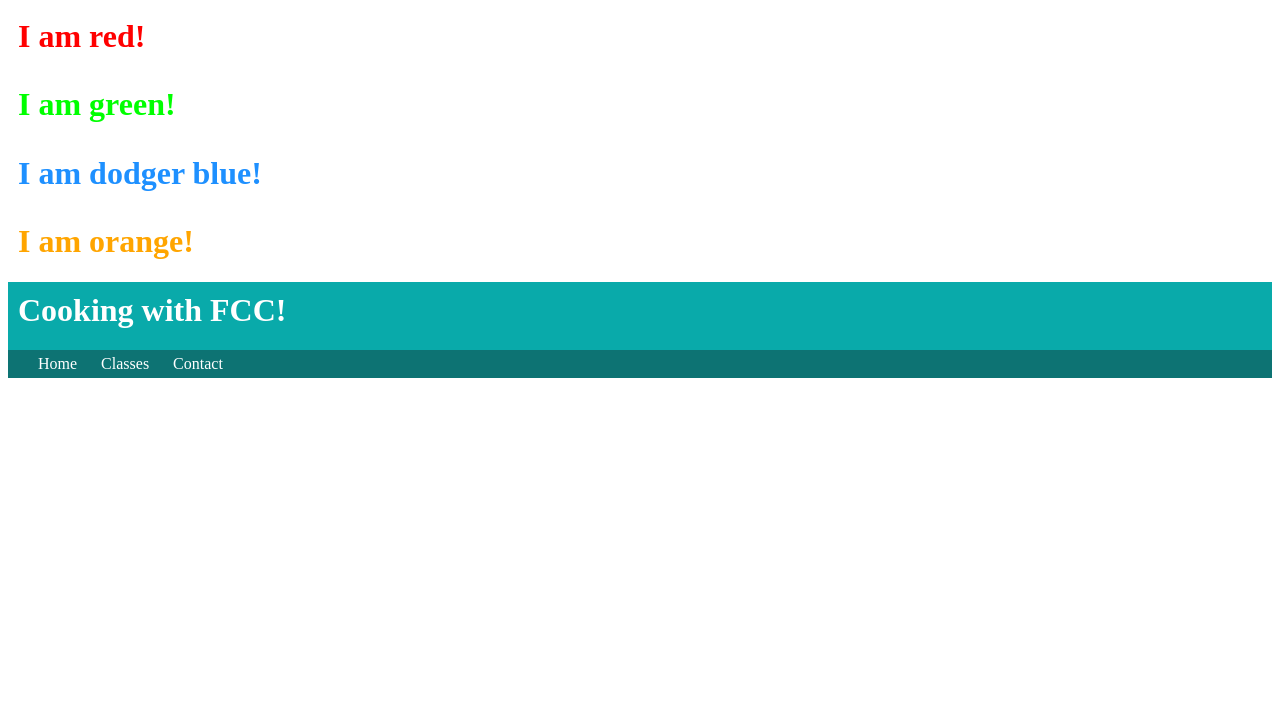
Repository: betsya97/freeCodeCamp_WebBasics
Page: html/colors.html
The author's editor kept a copy of each file at every save. The page is drawn from the files as they stood at one save, then again after a run of saves.
The browser window is 1280 px wide. The pictures show the whole page.

Above is the page before, as saved 2021-03-07 23:15:04.

After the next 2 saves:
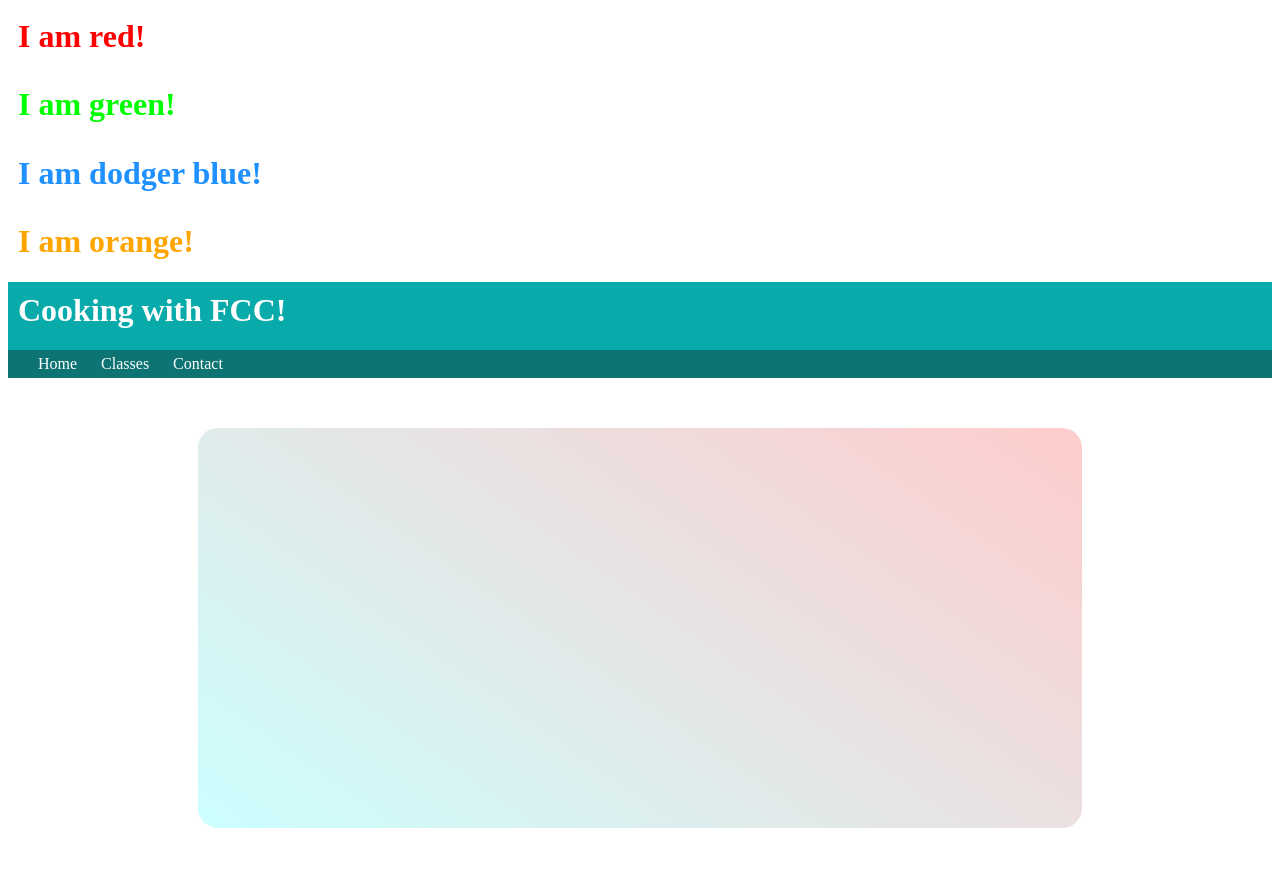
The 2 saves are shown as one change because they came seconds apart.
The last was saved 7 s later.
--- a/html/colors.html
+++ b/html/colors.html
@@ -66,4 +66,16 @@
     </nav>
   </header>
 
-<!---->
+<!--gradient-->
+<style>
+  div {
+    border-radius: 20px;
+    width: 70%;
+    height: 400px;
+    margin: 50px auto;
+    background: linear-gradient(35deg, #CCFFFF, #FFCCCC);
+  }
+
+</style>
+
+<div></div>
